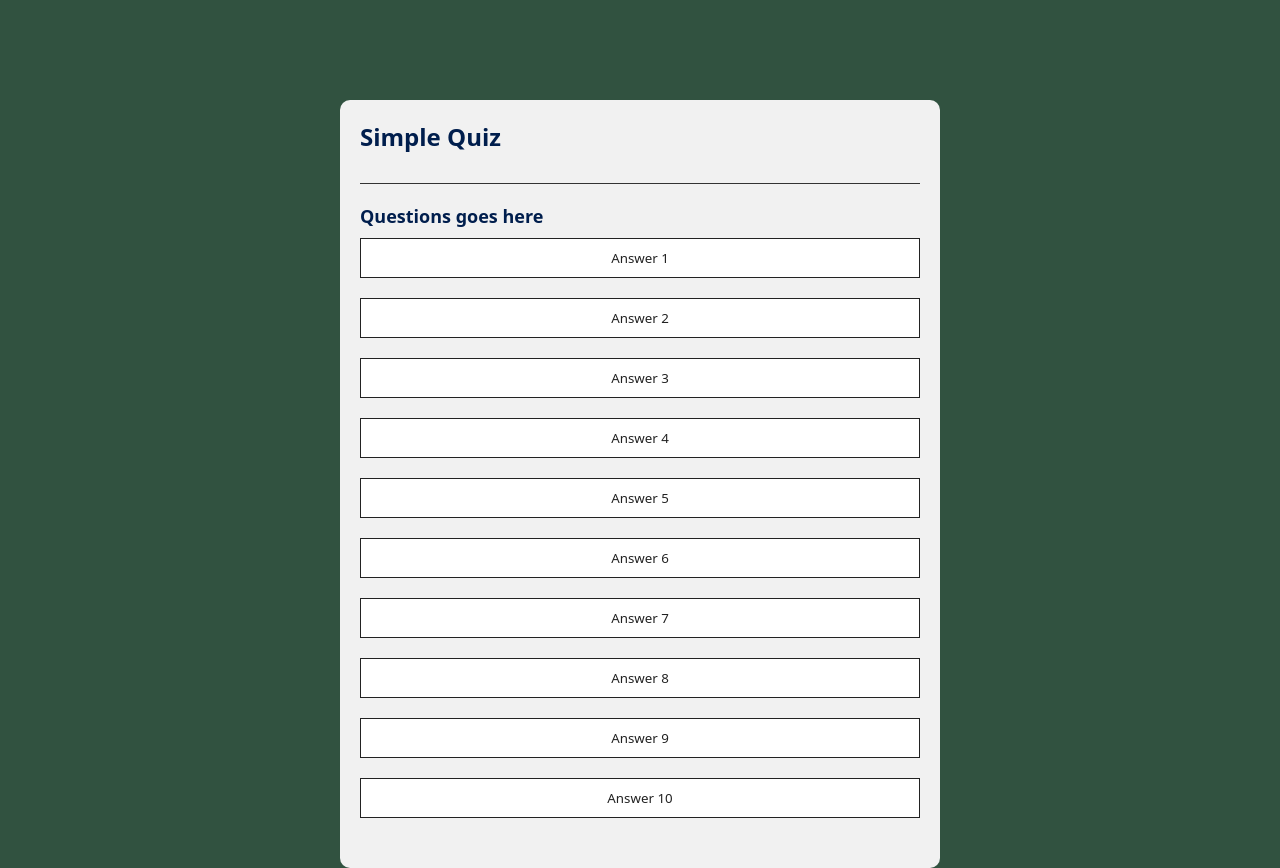
Repository: VickyJacob23/Quiz-App
Page: index.html
These files come from the project's save history. The page is drawn as it stood at one moment and after the next save; the edit follows.
The browser window is 1280 px wide. The pictures show the whole page.

Above is the page before, as saved 2024-08-04 16:44:42.

After the next save:
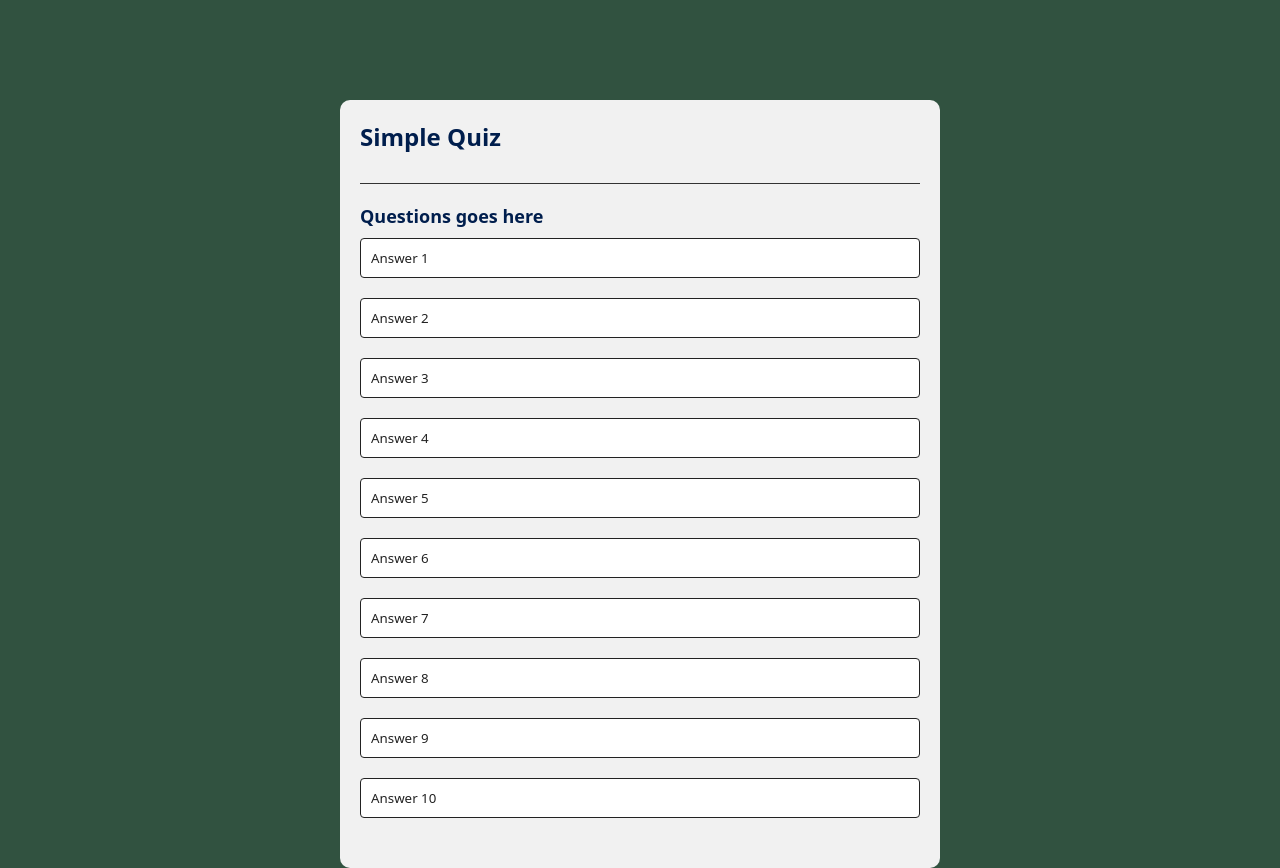
Saved 58 s later.
--- a/styles.css
+++ b/styles.css
@@ -40,4 +40,7 @@
     border: 1px solid #222;
     padding: 10px;
     margin: 10px 0;
+    text-align: left;
+    cursor: pointer;
+    border-radius:4px;
 }
